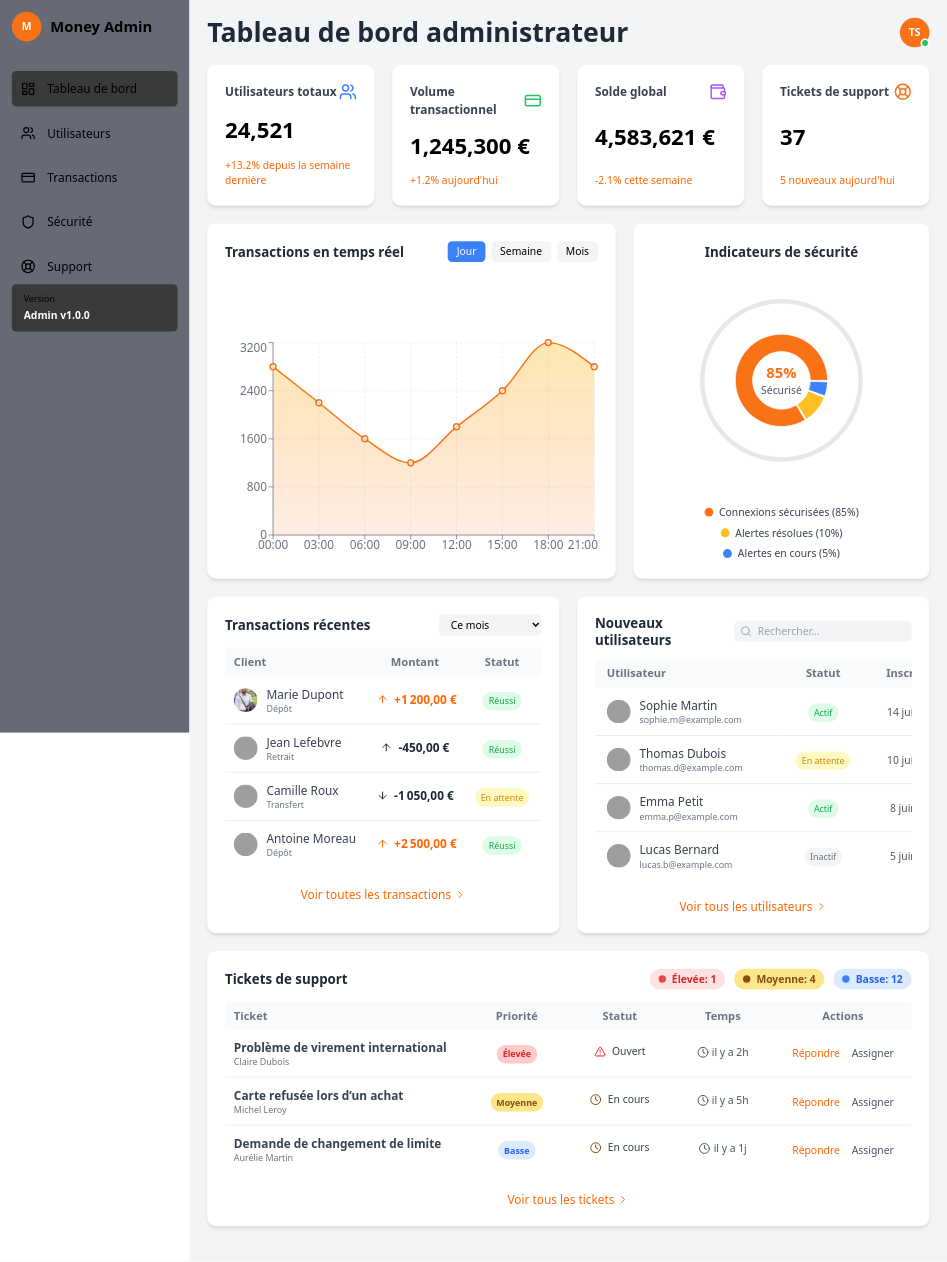
Repository: Edongo999/Dashboard
Page: /
These files come from the project's save history. The page is drawn as it stood at one moment and after the next save; the edit follows.
The browser window is 1280 px wide. The pictures show the whole page, at 74% of full size.
Pictures or frames that could not be fetched are drawn as grey boxes. The project was rebuilt for these pictures with package versions that can differ from the ones it lists, and the page was loaded fresh each time. Also part of the build but not shown: vite.config.ts.

Above is the page before, as saved 2025-10-15 06:35:16.

After the next save:
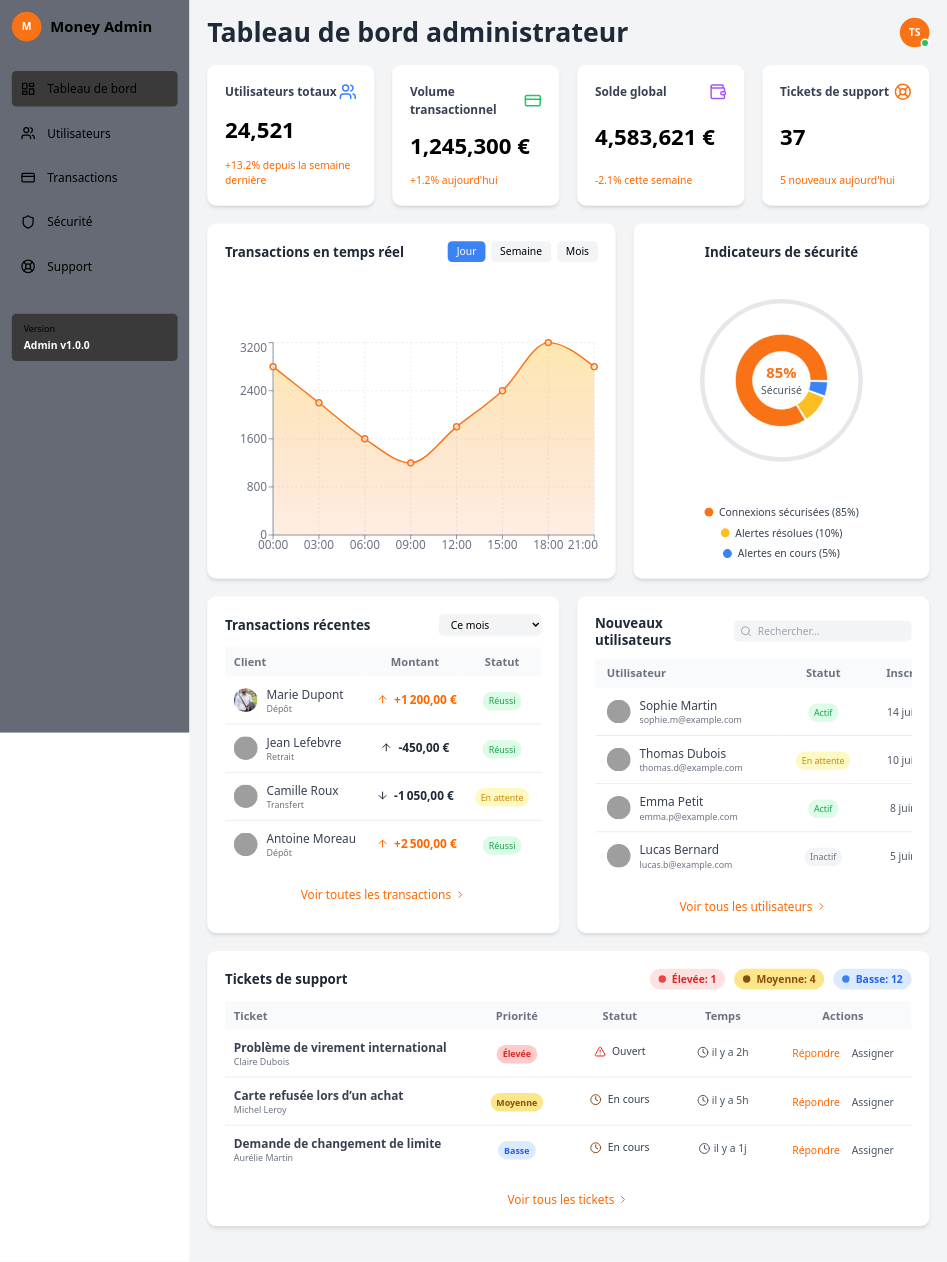
Saved 12 s later.
--- a/src/components/Sidebar.tsx
+++ b/src/components/Sidebar.tsx
@@ -64,7 +64,7 @@
         </div>
 
         {/* ✅ Bloc version en bas */}
-        <div className="mt-90">
+        <div className="mt-10">
           <div className="bg-[#3A3A3A] rounded-md px-4 py-3 text-xs text-neutral-content/70">
             <p className="mb-1">Version</p>
             <span className="font-semibold text-sm text-white">Admin v1.0.0</span>

After the save that followed:
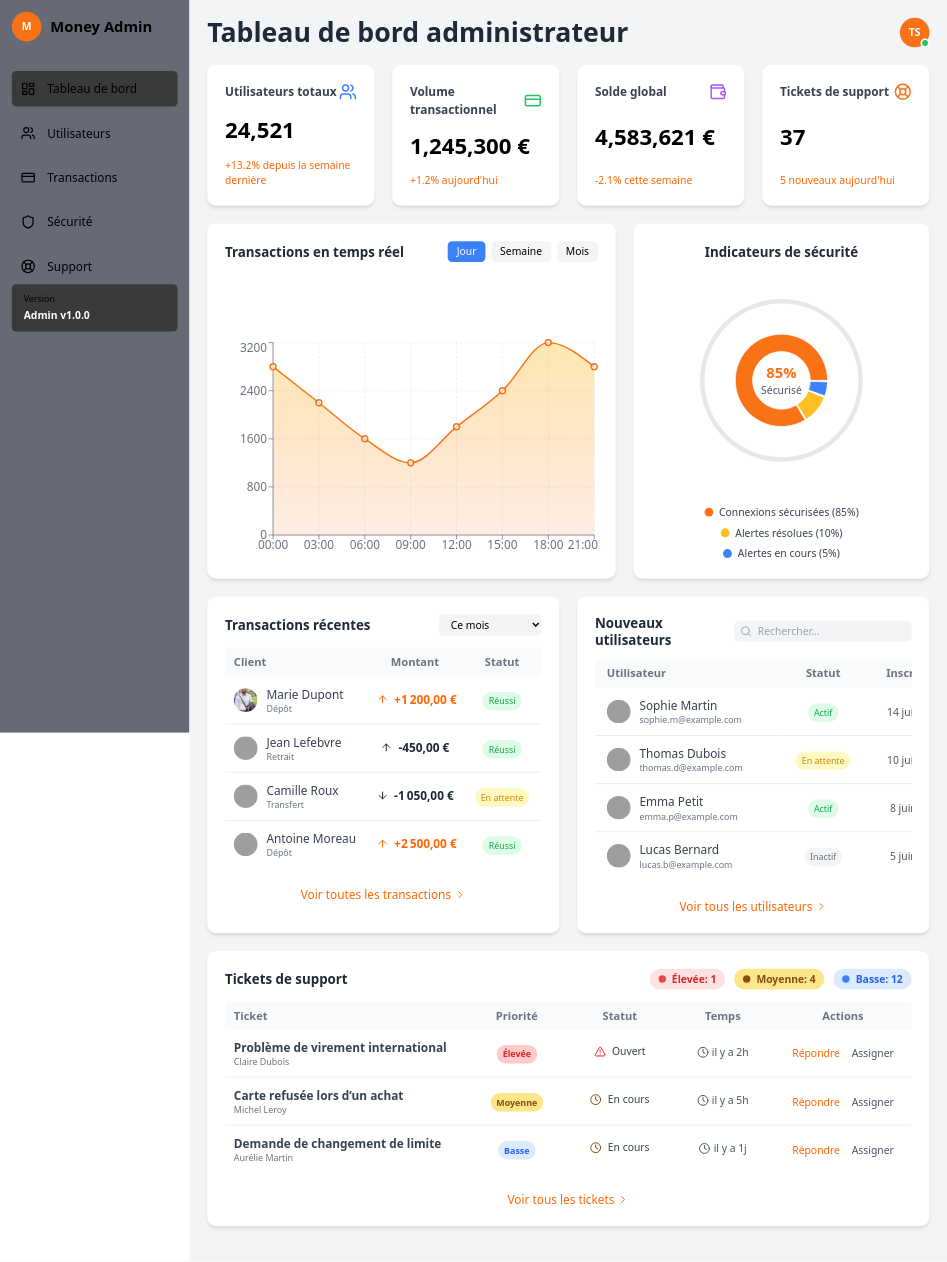
Saved 10 s later.
--- a/src/components/Sidebar.tsx
+++ b/src/components/Sidebar.tsx
@@ -64,7 +64,7 @@
         </div>
 
         {/* ✅ Bloc version en bas */}
-        <div className="mt-10">
+        <div className="mt-50">
           <div className="bg-[#3A3A3A] rounded-md px-4 py-3 text-xs text-neutral-content/70">
             <p className="mb-1">Version</p>
             <span className="font-semibold text-sm text-white">Admin v1.0.0</span>
